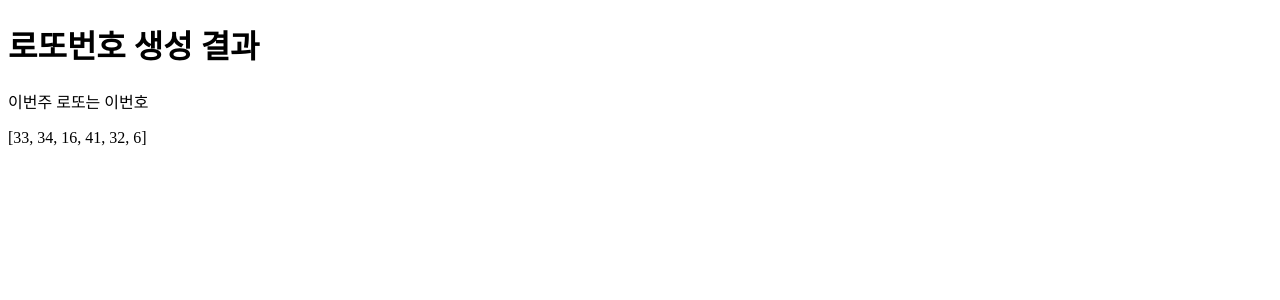
Repository: djdh94/jsp_practice
Page: http://localhost/JSPBasic/jspObject/3.cookie/test.jsp
An editor plug-in stored every save of this project. The page is shown before and after the next save, followed by the edit.
The browser window is 1280 px wide. The pictures show the whole page.
The page is served by Tomcat 9. Other server files are loaded and not shown.

Above is the page before, as saved 2022-02-05 03:19:49.

### JSPBasic/src/main/webapp/jspObject/3.cookie/test.jsp
<%@page import="java.util.ArrayList"%>
<%@page import="java.util.List"%>
<%@ page language="java" contentType="text/html; charset=UTF-8"
    pageEncoding="UTF-8"%>


<!DOCTYPE html>
<html>
<head>
<meta charset="UTF-8">
<title>Insert title here</title>
</head>
<body>

	<%

	List<Integer> lotto = new ArrayList<>();

	while(true){
		int num=(int)(Math.random()*45)+1;
		if(!lotto.contains(num)){
			lotto.add(num);
		}
		if(lotto.size()==6){

			break;
		}
	}

	%>

	<h1>로또번호 생성 결과</h1>
	<p>이번주 로또는 이번호</p>
	<%=lotto %>
</body>
</html>

After the next save:
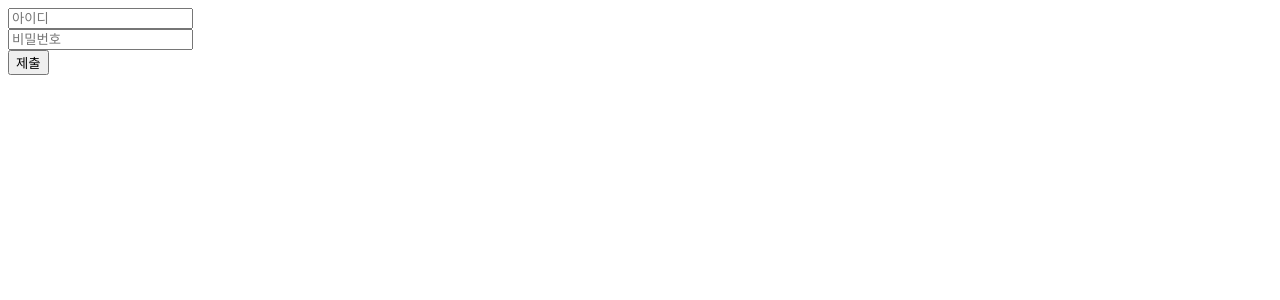
Saved 20 min 12 s later.
--- a/JSPBasic/src/main/webapp/jspObject/3.cookie/test.jsp
+++ b/JSPBasic/src/main/webapp/jspObject/3.cookie/test.jsp
@@ -1,3 +1,4 @@
+<%@page import="java.util.Date"%>
 <%@page import="java.util.ArrayList"%>
 <%@page import="java.util.List"%>
 <%@ page language="java" contentType="text/html; charset=UTF-8"
@@ -11,26 +12,10 @@
 <title>Insert title here</title>
 </head>
 <body>
-
-	<%
-
-	List<Integer> lotto = new ArrayList<>();
-
-	while(true){
-		int num=(int)(Math.random()*45)+1;
-		if(!lotto.contains(num)){
-			lotto.add(num);
-		}
-		if(lotto.size()==6){
-
-			break;
-		}
-	}
-
-	%>
-
-	<h1>로또번호 생성 결과</h1>
-	<p>이번주 로또는 이번호</p>
-	<%=lotto %>
+	<form action="#" method="get">
+	<input type="text" name="id" placeholder="아이디"><br/>
+	<input type="password" name="pw" placeholder="비밀번호"><br/>
+	<input type="submit" value="제출"/>
+	</form>
 </body>
 </html>
